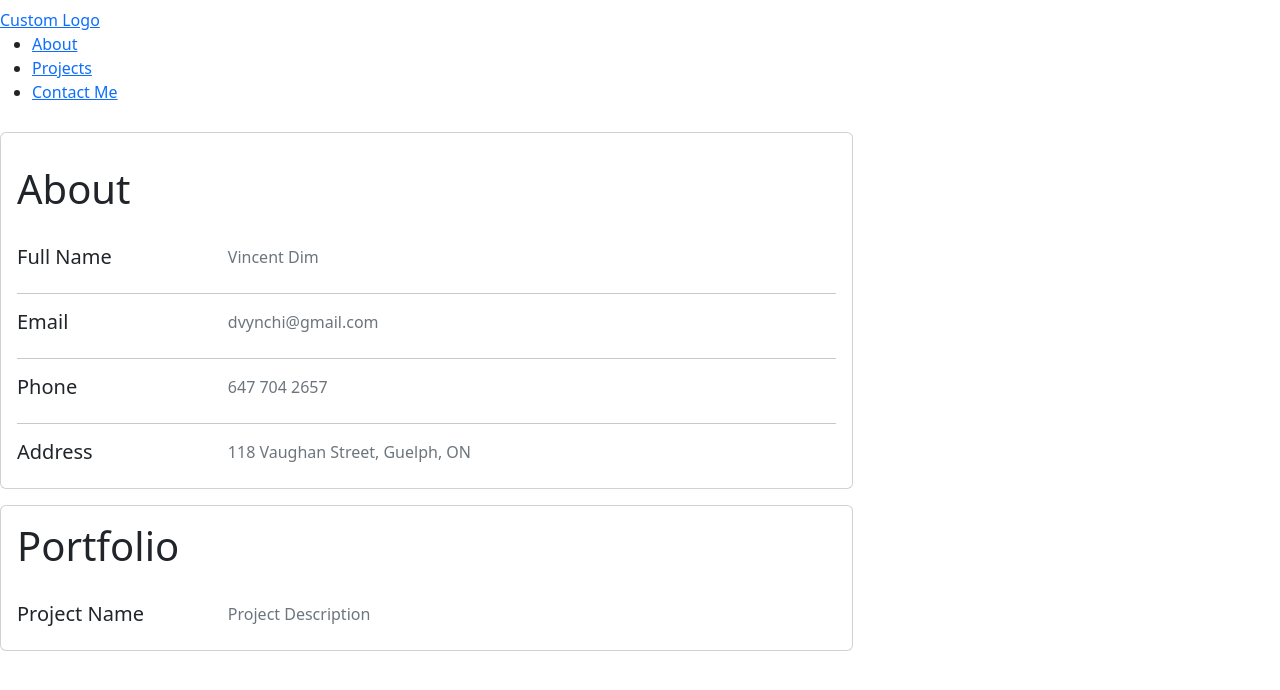
Repository: dvynchi/profile-2022
Page: index.html
The author's editor kept a copy of each file at every save. The page is drawn from the files as they stood at one save, then again after the next save.
The browser window is 1280 px wide. The pictures show the whole page.
Some web libraries are served in a nearby version.

Above is the page before, as saved 2022-08-12 16:39:48.

### index.html
<!DOCTYPE html>
<html lang="en">
<head>
    <meta charset="UTF-8">
    <meta http-equiv="X-UA-Compatible" content="IE=edge">
    <meta name="viewport" content="width=device-width, initial-scale=1.0">
    <title>Vincent Dim</title>
    <!-- embed remote javascript -->
    <script src="https://kit.fontawesome.com/f634dfbd28.js" crossorigin="anonymous"></script>
    <!-- embed remote style sheet - bootstrap -->
    <link rel="stylesheet" href="https://cdn.jsdelivr.net/npm/bootstrap@5.2.0/dist/css/bootstrap.min.css" rel="stylesheet" integrity="sha384-gH2yIJqKdNHPEq0n4Mqa/HGKIhSkIHeL5AyhkYV8i59U5AR6csBvApHHNl/vI1Bx" crossorigin="anonymous">
</head>

    <!-- Navbar Section -->

    <nav class="navbar">
        <div class="navbar_container">
            <a href="#home" id="navbar_logo">Custom Logo</a>  <!--<a> is used to create hyperlink named color-->

             <!--create hamburger menu (3 bars)-->

             <div class="navbar_toggle" id="mobile-menu">
                <span class="bar"></span>
                <span class="bar"></span>
                <span class="bar"></span>
             </div>

             <!--CREATE NAV MENU-->

             <ul class="navbar_menu">
                <!-- <li class="navbar_item">
                    <a href="#home" class="navbar_links" id="home-page">Home</a>
                </li> -->

                <li class="navbar_item">
                    <a href="#about" class="navbar_links" id="about-page">About</a>
                </li>

                <li class="navbar_item">
                    <a href="#projects" class="navbar_links" id="projects-page">Projects</a>
                </li>

                <li class="navbar_item">
                    <a href="#contact" class="navbar_links" id="contact-page">Contact Me</a>
                </li>

            </ul>
        </div>
    </nav>

    <!-- ABOUT SECTION -->

    <!-- <div class="main" id="about">
        <div class="main_container">
            <div class="main_img--container">
                <div class="main_img--card"><i class="fas fa-layer-group"></i></div>
            </div>
            <div class="main_content">
                <h1>Vincent Dim</h1>
                <h2>Web Developer</h2>
                <p>I am experienced at stuff...</p>
                <button class="main_btn"><a href="#">Schedule Call</a></button>
            </div>
        </div>
    </div> -->


    <div class="col-md-8 mt-1">
        <div class="card mb-3 content">
            <h1 class="m-3 pt-3">About</h1>

            <div class="card-body">
                <div class="row">
                    <div class="col-md-3">
                        <h5>Full Name</h5>
                    </div>
                    <div class="col-md-9 text-secondary">
                        Vincent Dim
                    </div>
                </div>
                <hr> <!-- line break -->
                <div class="row">
                    <div class="col-md-3">
                        <h5>Email</h5>
                    </div>
                    <div class="col-md-9 text-secondary">
                        dvynchi@gmail.com
                    </div>
                </div>
                <hr> <!-- line break -->

                <div class="row">
                    <div class="col-md-3">
                        <h5>Phone</h5>
                    </div>
                    <div class="col-md-9 text-secondary">
                        647 704 2657
                    </div>
                </div>
                <hr> <!-- line break -->

                <div class="row">
                    <div class="col-md-3">
                        <h5>Address</h5>
                    </div>
                    <div class="col-md-9 text-secondary">
                        118 Vaughan Street, Guelph, ON
                    </div>
                </div>

            </div>

        </div>

        <div class="card mb-3 content">
            <h1 class="m-3">Portfolio</h1>
            <div class="card-body">
                <div class="row">
                    <div class="col-md-3">
                        <h5>Project Name</h5>
                    </div>
                    <div class="col-md-9 text-secondary">
                        Project Description
                    </div>
                </div>
            </div>
        </div>

    </div>






<body>

</body>
</html>

After the next save:
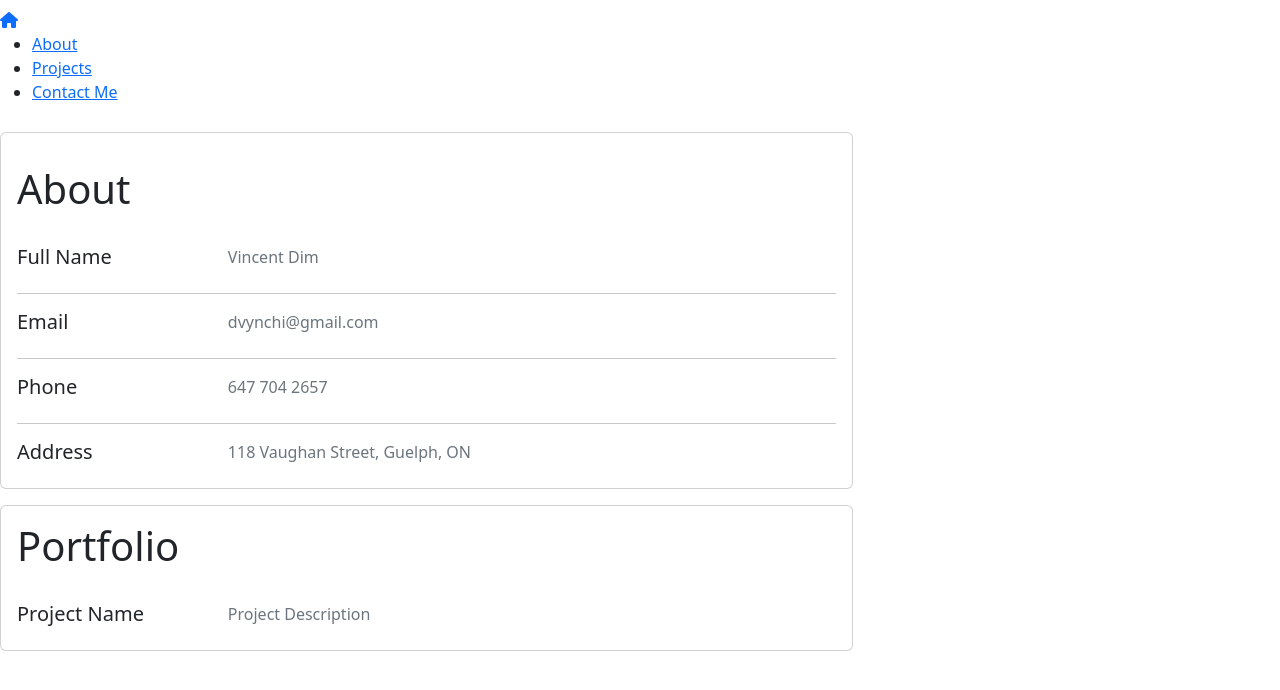
Saved 5 min 5 s later.
--- a/index.html
+++ b/index.html
@@ -5,7 +5,7 @@
     <meta http-equiv="X-UA-Compatible" content="IE=edge">
     <meta name="viewport" content="width=device-width, initial-scale=1.0">
     <title>Vincent Dim</title>
-    <!-- embed remote javascript -->
+    <!-- embed remote icon library -->
     <script src="https://kit.fontawesome.com/f634dfbd28.js" crossorigin="anonymous"></script>
     <!-- embed remote style sheet - bootstrap -->
     <link rel="stylesheet" href="https://cdn.jsdelivr.net/npm/bootstrap@5.2.0/dist/css/bootstrap.min.css" rel="stylesheet" integrity="sha384-gH2yIJqKdNHPEq0n4Mqa/HGKIhSkIHeL5AyhkYV8i59U5AR6csBvApHHNl/vI1Bx" crossorigin="anonymous">
@@ -15,7 +15,7 @@
 
     <nav class="navbar">
         <div class="navbar_container">
-            <a href="#home" id="navbar_logo">Custom Logo</a>  <!--<a> is used to create hyperlink named color-->
+            <a href="#home" id="navbar_logo"><i class="fa fa-home" aria-hidden="true"></i></a>  <!--<a> is used to create hyperlink named color-->
 
              <!--create hamburger menu (3 bars)-->
 
